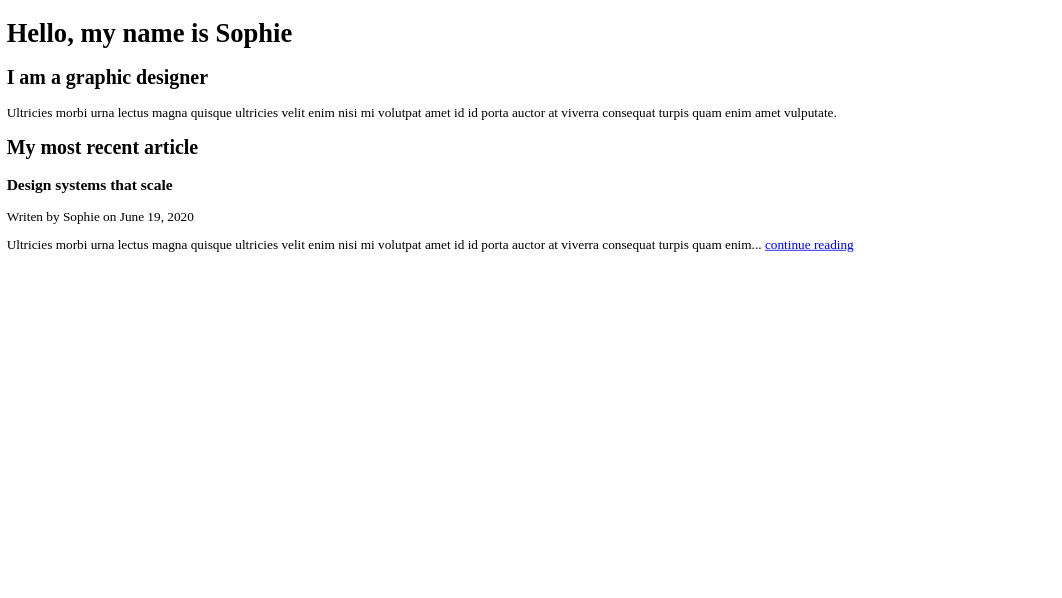
Repository: Doumham-Armah/portfolio
Page: index.html
These files come from the project's save history. The page is drawn as it stood at one moment and after the next save; the edit follows.
The browser window is 1280 px wide. The pictures show the whole page, at 83% of full size.

Above is the page before, as saved 2021-08-16 22:50:55.

After the next save:
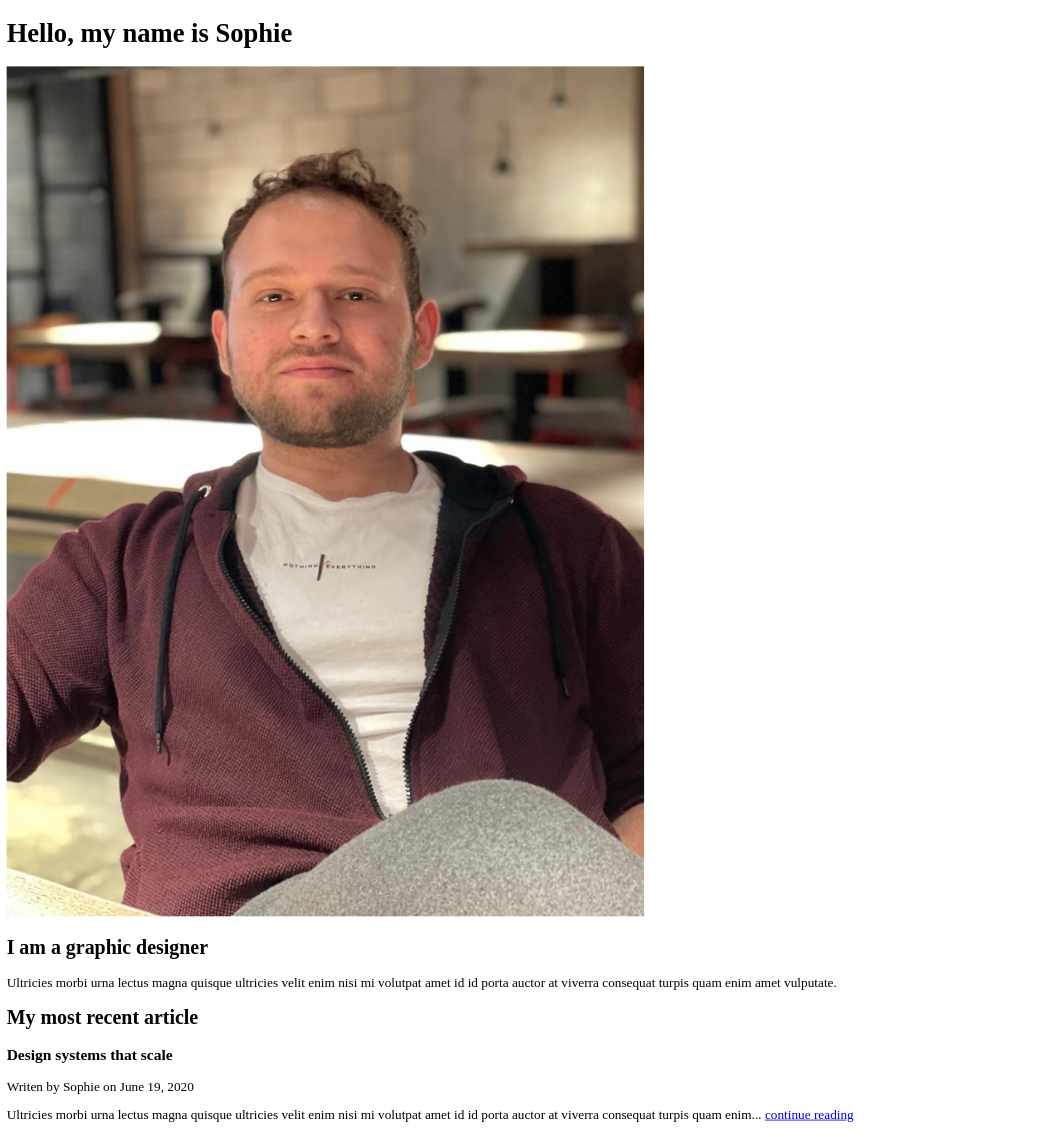
Saved 3 min 51 s later.
--- a/index.html
+++ b/index.html
@@ -5,7 +5,7 @@
   </head>
   <body>
     <h1>Hello, my name is Sophie</h1>
-
+    <img src="./images/photo.jpeg" />
     <h2>I am a graphic designer</h2>
     <p>
       Ultricies morbi urna lectus magna quisque ultricies velit enim nisi mi
